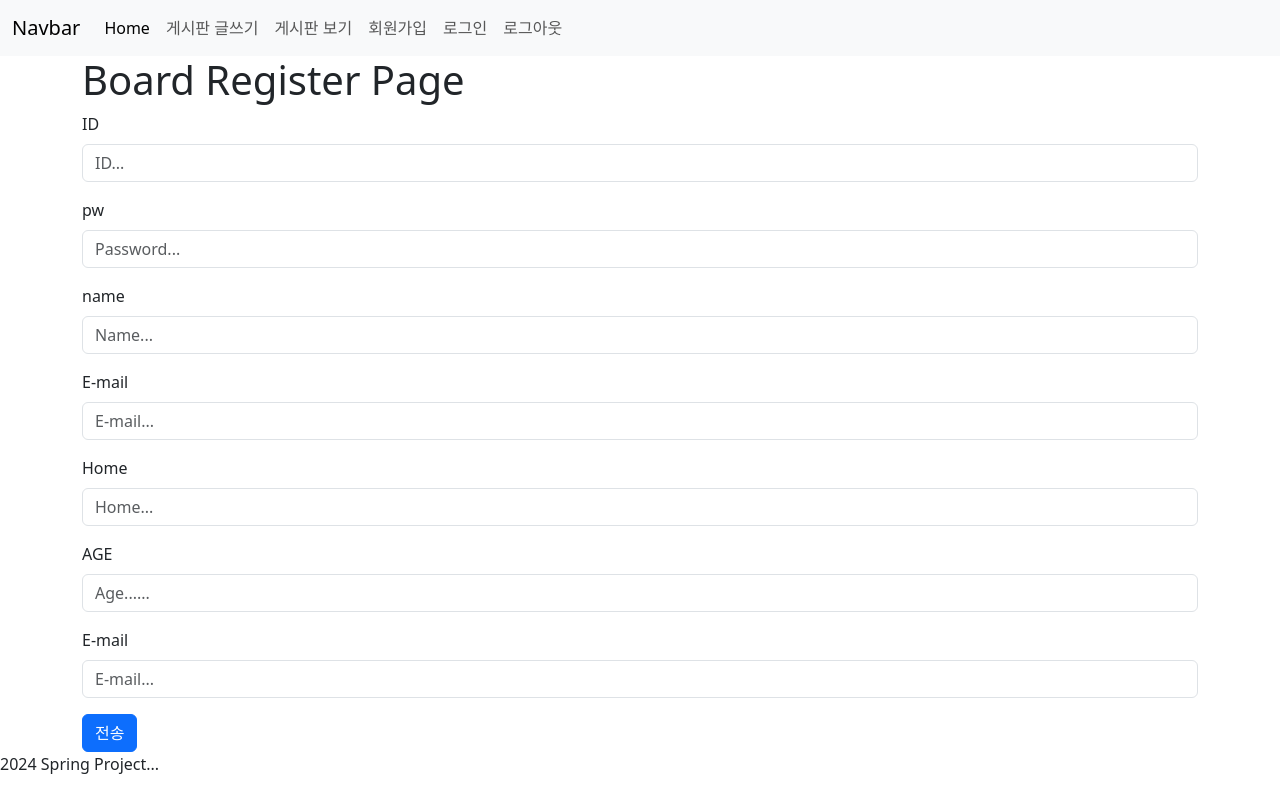
Repository: leegangjin/springTest240430
Page: http://localhost/spring_study/WEB-INF/views/member/register.jsp
The author's editor kept a copy of each file at every save. The page is drawn from the files as they stood at one save, then again after the next save.
The browser window is 1280 px wide. The pictures show the whole page.
The page is served by Tomcat 9. Nobody is signed in. The template is opened directly, without the code that normally fills it, so the values that code supplies are empty.

Above is the page before, as saved 2024-04-25 05:53:38.

### spring_study/src/main/webapp/WEB-INF/views/member/register.jsp
<%@ page language="java" contentType="text/html; charset=UTF-8"
	pageEncoding="UTF-8"%>

<jsp:include page="../layout/header.jsp" />
<div class="container-md">
	<h1>Board Register Page</h1>
	<form action="/board/insert" method="post">
		<div class="mb-3">
			<label for="i" class="form-label">ID</label> <input
				type="text" class="form-control" name="id" id="i"
				placeholder="ID...">
		</div>
		<div class="mb-3">
			<label for="p" class="form-label">pw</label>
			<input type="password" class="form-control" name="pw" id="p"
				placeholder="Password...">
		</div>
		<div class="mb-3">
			<label for="n" class="form-label">name</label>
			<input type="text" class="form-control" name="name" id="n"
				placeholder="Name...">
		</div>
		<div class="mb-3">
			<label for="e" class="form-label">E-mail</label>
			<input type="text" class="form-control" name="email" id="e"
				placeholder="E-mail...">
		</div>
		<div class="mb-3">
			<label for="h" class="form-label">Home</label>
			<input type="text" class="form-control" name="home" id="h"
				placeholder="Home...">
		</div>
		<div class="mb-3">
			<label for="a" class="form-label">AGE</label>
			<input type="text" class="form-control" name="age" id="a"
				placeholder="Age......">
		</div>
		<div class="mb-3">
			<label for="e" class="form-label">E-mail</label>
			<input type="text" class="form-control" name="email" id="e"
				placeholder="E-mail...">
		</div>

		<button type="submit" class="btn btn-primary">전송</button>
	</form>
</div>
<jsp:include page="../layout/footer.jsp" />

### spring_study/src/main/webapp/WEB-INF/views/layout/header.jsp
<%@ page language="java" contentType="text/html; charset=UTF-8"
    pageEncoding="UTF-8"%>
<!DOCTYPE html>
<html>
<head>
<meta charset="UTF-8">
<title>header.jsp</title>
</head>
<link href="https://cdn.jsdelivr.net/npm/bootstrap@5.3.3/dist/css/bootstrap.min.css" rel="stylesheet" integrity="sha384-QWTKZyjpPEjISv5WaRU9OFeRpok6YctnYmDr5pNlyT2bRjXh0JMhjY6hW+ALEwIH" crossorigin="anonymous">
<script src="https://cdn.jsdelivr.net/npm/bootstrap@5.3.3/dist/js/bootstrap.bundle.min.js" integrity="sha384-YvpcrYf0tY3lHB60NNkmXc5s9fDVZLESaAA55NDzOxhy9GkcIdslK1eN7N6jIeHz" crossorigin="anonymous"></script>
<body>
<nav class="navbar navbar-expand-lg bg-body-tertiary">
  <div class="container-fluid">
    <a class="navbar-brand" href="#">Navbar</a>
    <button class="navbar-toggler" type="button" data-bs-toggle="collapse" data-bs-target="#navbarSupportedContent" aria-controls="navbarSupportedContent" aria-expanded="false" aria-label="Toggle navigation">
      <span class="navbar-toggler-icon"></span>
    </button>
    <div class="collapse navbar-collapse" id="navbarSupportedContent">
      <ul class="navbar-nav me-auto mb-2 mb-lg-0">
        <li class="nav-item">
          <a class="nav-link active" aria-current="page" href="#">Home</a>
        </li>
        <li class="nav-item">
          <a class="nav-link" href="/board/register">게시판 글쓰기</a>
        </li>
        <li class="nav-item">
          <a class="nav-link" href="/board/list">게시판 보기</a>
        </li>
        <li class="nav-item">
          <a class="nav-link" href="#">회원가입</a>
        </li>
        <li class="nav-item">
          <a class="nav-link" href="#">로그인</a>
        </li>
        <li class="nav-item">
          <a class="nav-link" href="#">로그아웃</a>
        </li>
        </ul>
    </div>
  </div>
</nav>

### spring_study/src/main/webapp/WEB-INF/views/layout/footer.jsp
<%@ page language="java" contentType="text/html; charset=UTF-8"
	pageEncoding="UTF-8"%>
<!DOCTYPE html>
<html>
<head>
<meta charset="UTF-8">



<div class="mb-3" >2024 Spring Project...</div>
</body>
</html>

After the next save:
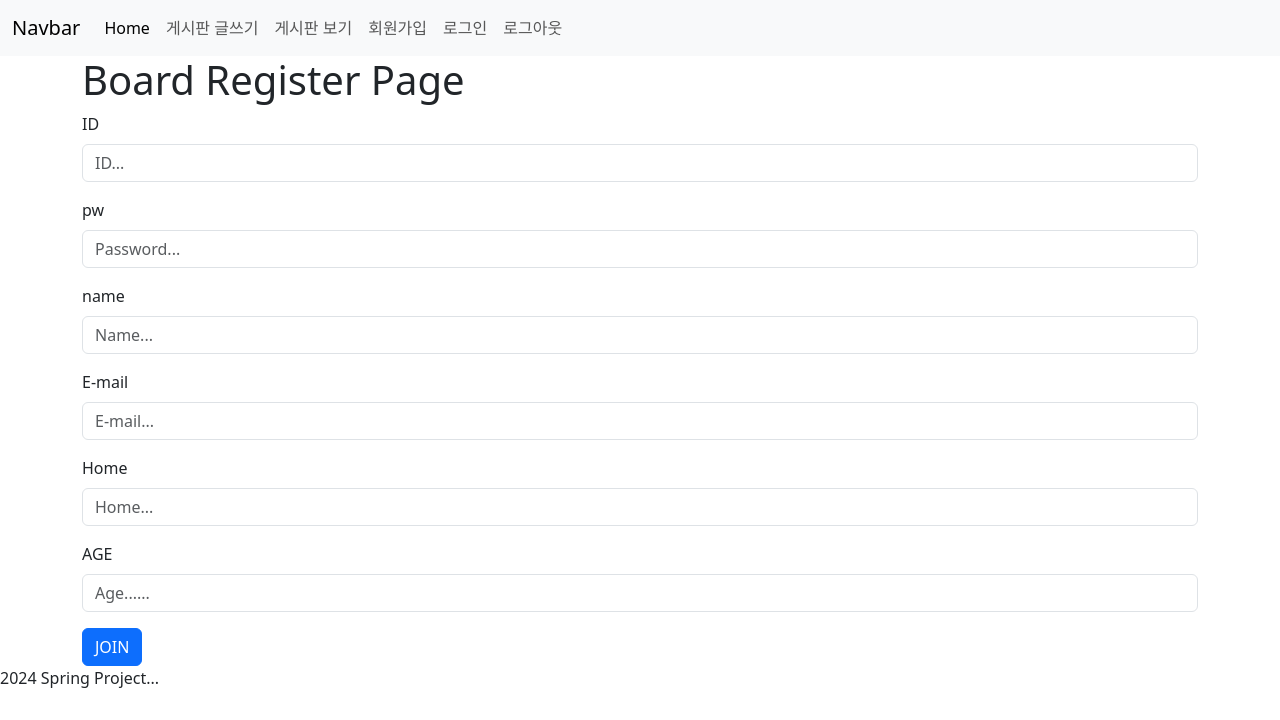
Saved 16 s later.
--- a/spring_study/src/main/webapp/WEB-INF/views/member/register.jsp
+++ b/spring_study/src/main/webapp/WEB-INF/views/member/register.jsp
@@ -35,13 +35,9 @@
 			<input type="text" class="form-control" name="age" id="a"
 				placeholder="Age......">
 		</div>
-		<div class="mb-3">
-			<label for="e" class="form-label">E-mail</label>
-			<input type="text" class="form-control" name="email" id="e"
-				placeholder="E-mail...">
-		</div>
 
-		<button type="submit" class="btn btn-primary">전송</button>
+
+		<button type="submit" class="btn btn-primary">JOIN</button>
 	</form>
 </div>
 <jsp:include page="../layout/footer.jsp" />
